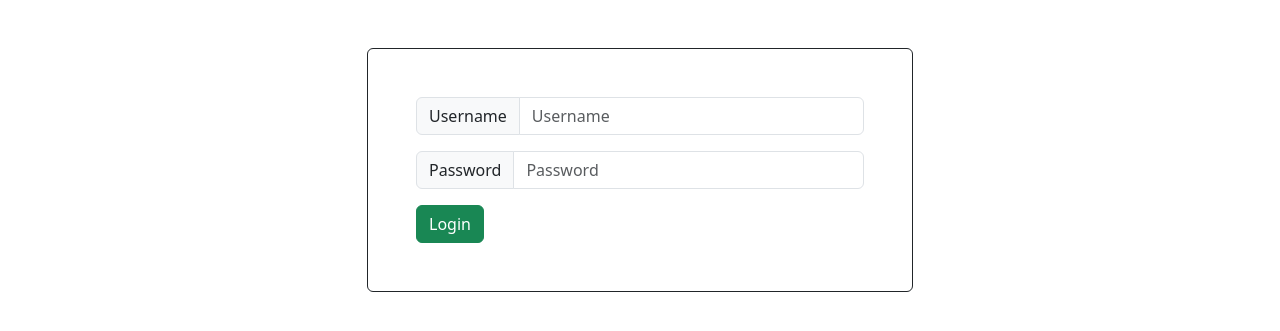
Repository: FrancescoGiordano23/WebappKebab
Page: http://localhost/EsercizioKebab/
An editor plug-in stored every save of this project. The page is shown before and after the next save, followed by the edit.
The browser window is 1280 px wide. The pictures show the whole page.
The page is served by Tomcat 10. Other server files are loaded and not shown.

Above is the page before, as saved 2024-08-02 12:31:24.

### EsercizioKebab/src/main/webapp/login.jsp
<%@ page language="java" contentType="text/html; charset=UTF-8"
	pageEncoding="UTF-8"%>
<!DOCTYPE html>
<html>
<head>
<meta charset="UTF-8">
<title>Insert title here</title>
<link
	href="https://cdn.jsdelivr.net/npm/bootstrap@5.3.3/dist/css/bootstrap.min.css"
	rel="stylesheet"
	integrity="sha384-QWTKZyjpPEjISv5WaRU9OFeRpok6YctnYmDr5pNlyT2bRjXh0JMhjY6hW+ALEwIH"
	crossorigin="anonymous">
<script
	src="https://cdn.jsdelivr.net/npm/bootstrap@5.3.3/dist/js/bootstrap.bundle.min.js"
	integrity="sha384-YvpcrYf0tY3lHB60NNkmXc5s9fDVZLESaAA55NDzOxhy9GkcIdslK1eN7N6jIeHz"
	crossorigin="anonymous"></script>
</head>
<body>
	<div class="container">
		<div class="row">
			<!-- LEFT -->
			<div class="col-3"></div>

			<!-- CENTER -->

			<div class="col-6">
				<div class="border border-dark rounded p-5 my-5">
					<form action="LoginServlet" method="post">
						<div class="input-group mb-3">
							<span class="input-group-text" id="basic-addon-username">Username</span>
							<input type="text" class="form-control" placeholder="Username"
								aria-label="Username" aria-describedby="basic-addon-username"
								name="username">
						</div>

						<div class="input-group mb-3">
							<span class="input-group-text" id="basic-addon-password">Password</span>
							<input type="password" class="form-control"
								placeholder="Password" aria-label="Password"
								aria-describedby="basic-addon-password" name="password">
						</div>

						<button class="btn btn-success" type="submit">Login</button>

					</form>
				</div>
			</div>


			<!-- RIGHT -->
			<div class="col-3"></div>
		</div>
	</div>
</body>
</html>

### EsercizioKebab/src/main/java/com/advancia/servlet/InitializeServlet.java
package com.advancia.servlet;

import java.io.IOException;
import jakarta.servlet.ServletException;
import jakarta.servlet.http.HttpServlet;
import jakarta.servlet.http.HttpServletRequest;
import jakarta.servlet.http.HttpServletResponse;

/**
 * Servlet implementation class InitializeServlet
 */
public class InitializeServlet extends HttpServlet {
	private static final long serialVersionUID = 1L;

    public InitializeServlet() {

    }


	protected void doGet(HttpServletRequest request, HttpServletResponse response) throws ServletException, IOException {

		request.getSession().setAttribute("User", null);
		request.getRequestDispatcher("login.jsp").forward(request, response);
	}


	protected void doPost(HttpServletRequest request, HttpServletResponse response) throws ServletException, IOException {
				doGet(request, response);
	}

}

After the next save:
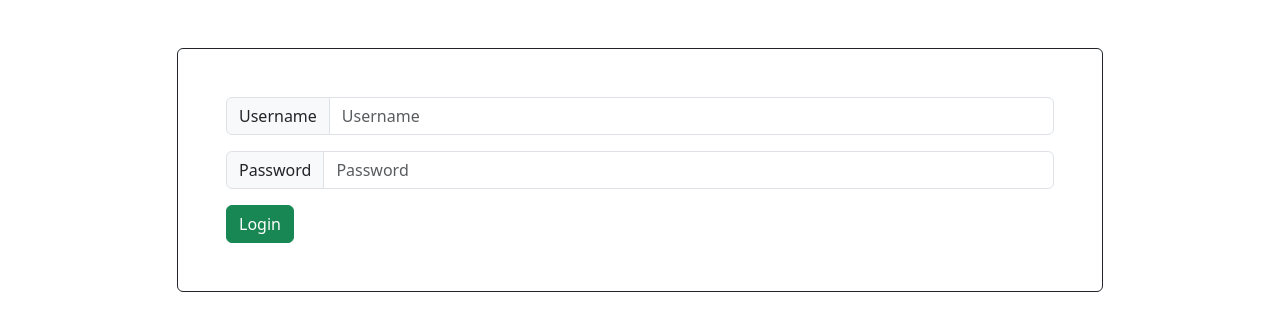
Saved 77 s later.
--- a/EsercizioKebab/src/main/webapp/login.jsp
+++ b/EsercizioKebab/src/main/webapp/login.jsp
@@ -19,11 +19,11 @@
 	<div class="container">
 		<div class="row">
 			<!-- LEFT -->
-			<div class="col-3"></div>
+			<div class="col-3 col-lg-1"></div>
 
 			<!-- CENTER -->
 
-			<div class="col-6">
+			<div class="col-6 col-lg-10">
 				<div class="border border-dark rounded p-5 my-5">
 					<form action="LoginServlet" method="post">
 						<div class="input-group mb-3">
@@ -48,7 +48,7 @@
 
 
 			<!-- RIGHT -->
-			<div class="col-3"></div>
+			<div class="col-3 col-lg-1"></div>
 		</div>
 	</div>
 </body>
